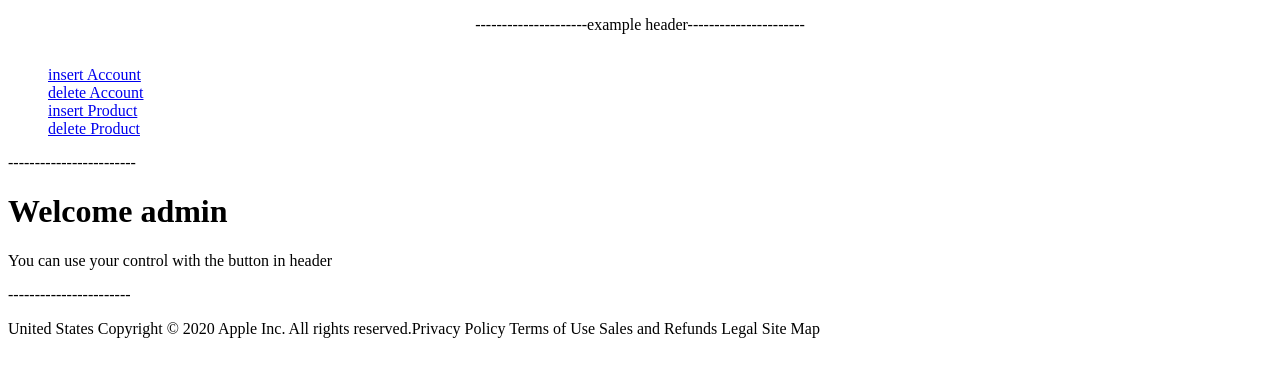
Repository: pffdota04/cuahang
Page: http://localhost/CuaHang/Views/Admin/home.jsp
An editor plug-in stored every save of this project. The page is shown before and after the next save, followed by the edit.
The browser window is 1280 px wide. The pictures show the whole page.
The page is served by Tomcat 9.

Above is the page before, as saved 2020-11-11 04:24:47.

After the next save:
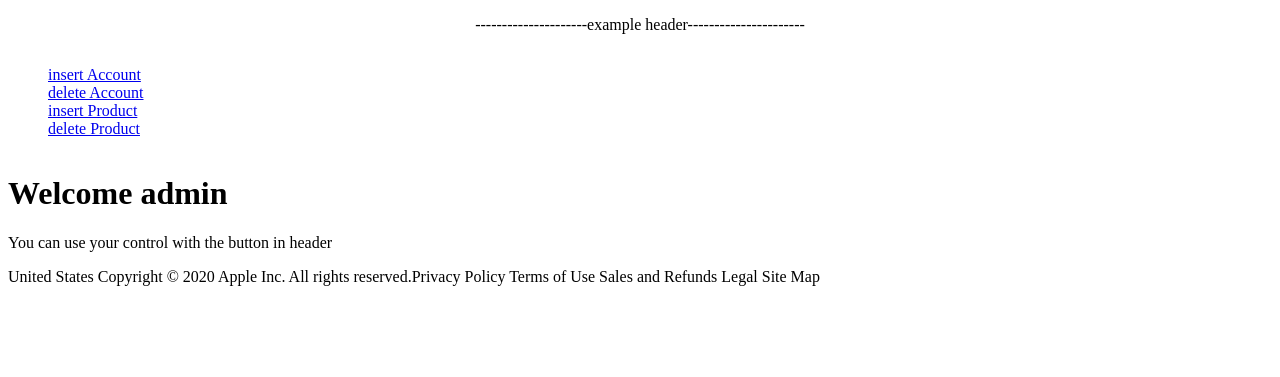
Saved 22 s later.
--- a/CuaHang/WebContent/Views/Admin/home.jsp
+++ b/CuaHang/WebContent/Views/Admin/home.jsp
@@ -10,12 +10,10 @@
 	<div class="header">
 		<%@ include file="/Views/Admin/commom/header.jsp" %>
 	</div>
-------------------------
 	<div class="container">
 		<h1>Welcome admin</h1>
 		<p> You can use your control with the button in header </p>
 	</div>
------------------------
 	<div class="footer">
 		<%@ include file="/Views/Admin/commom/footer.jsp" %>
 	</div>
